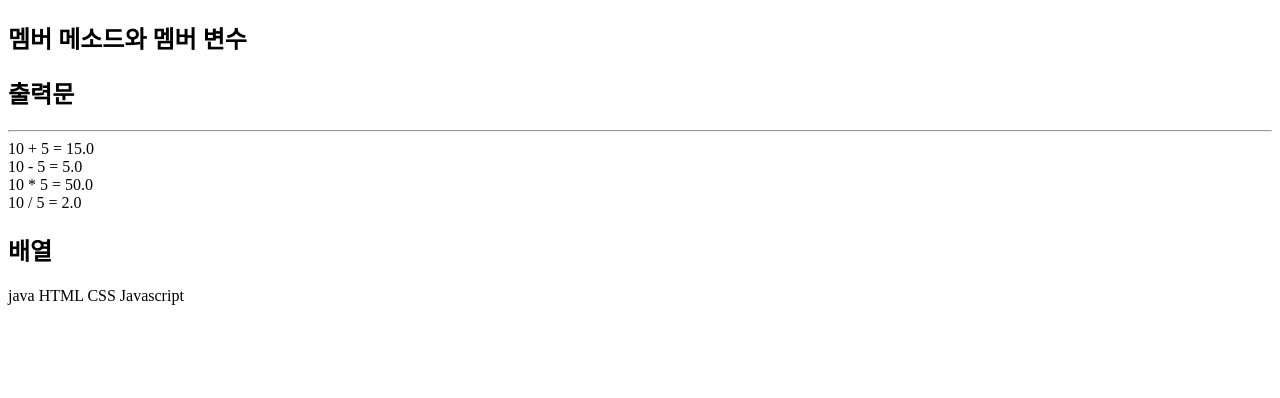
Repository: kkj68106810-dot/jsp2026
Page: http://localhost/chapter01/test04.jsp
These files come from the project's save history. The page is drawn as it stood at one moment and after the next save; the edit follows.
The browser window is 1280 px wide. The pictures show the whole page.
The page is served by Tomcat 9.

Above is the page before, as saved 2026-10-16 03:10:00.

After the next save:
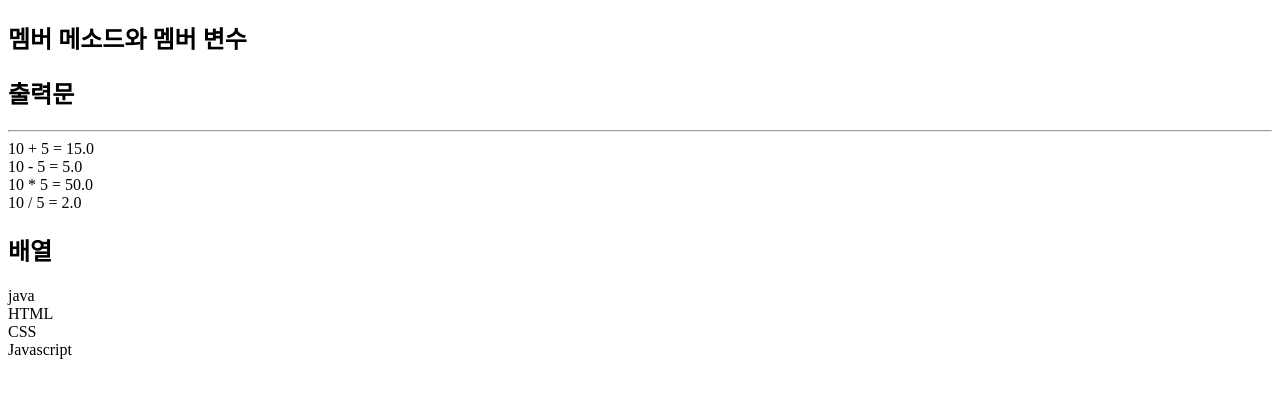
Saved 14 s later.
--- a/chapter01/src/main/webapp/test04.jsp
+++ b/chapter01/src/main/webapp/test04.jsp
@@ -45,7 +45,7 @@
 		String arr[] = {"java","HTML","CSS","Javascript"};
 		for(int j = 0; j < arr.length ; j++) {
 			/* 표현식 스크립트문법을 사용하지 않고 브라우저로 출력하는 방법 */
-			out.println(arr[j]);
+			out.println(arr[j] + "<br>");
 		}
 	%>
 
